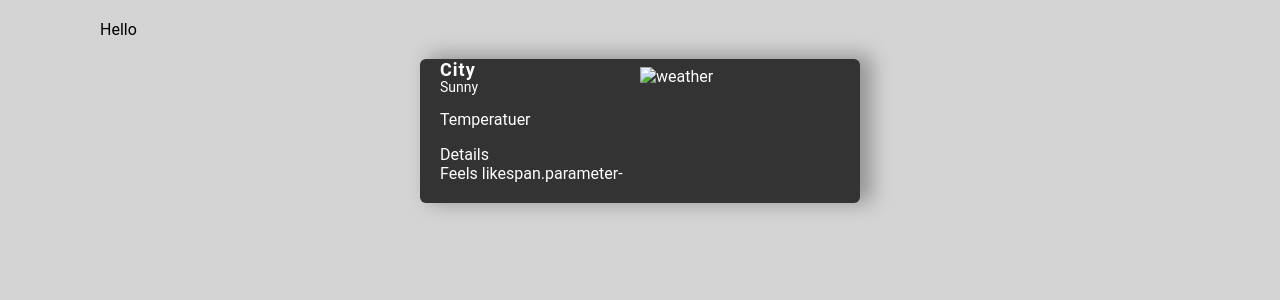
Repository: sedat-akdogan/React_Weather
Page: / (app in london_weather/)
These files come from the project's save history. The page is drawn as it stood at one moment and after the next save; the edit follows.
The browser window is 1280 px wide. The pictures show the whole page.
The project was rebuilt for these pictures with package versions that can differ from the ones it lists, and the page was loaded fresh each time.

Above is the page before, as saved 2023-07-09 17:49:16.

### london_weather/src/index.css
body {
    margin: 0;
    font-family: 'Roboto', Arial !important;
    -webkit-font-smoothing: antialiased;
    -moz-osx-font-smoothing: grayscale;
    background-color: #d5d4d4;
}

code {
    font-family: source-code-pro, Menlo, Monaco, Consolas, 'Courier New',
        monospace;
}

### london_weather/src/App.js
import Search from './components/search/Search';
import './App.css';
import CurrentWeather from './components/current-weather/current-weather';

function App() {

    const handleOnSearchChange = (searchData) => {
        console.log(searchData);
    }

    return (
        <div className="container">
            <Search onSearchChange={handleOnSearchChange} />
            <CurrentWeather />
        </div>
    );
}

export default App;

### london_weather/src/components/search/Search.js
import React from "react";


const Search = () => {
    return ("Hello");
}

export default Search;

### london_weather/src/App.css
.container {
    max-width: 1080px;
    margin: 20px auto;
}

### london_weather/src/components/current-weather/current-weather.js
import "./current-weather.css";


const CurrentWeather = () => {
    return (
        <div className="weather">
            <div className="top">
                <div>
                    <p className="city">City</p>
                    <p className="weather-description">Sunny</p>
                </div>
                <img src="" alt="weather" className="weather-icon" />
            </div>
            <div className="bottom">
                <p className="temperature">Temperatuer</p>
                <div className="details">
                    <div className="parameter-row">
                        <span className="parameter-label">Details</span>
                    </div>
                    <div className="parameter-row">
                        <span className="parameter-label">Feels like</span>
                        span.parameter-
                    </div>
                </div>
            </div>
        </div>
    );
}

export default CurrentWeather;

### london_weather/src/components/current-weather/current-weather.css
.weather {
    width: 400px;
    border-radius: 6px;
    box-shadow: 10px -2px 20px 2px rgb(0 0 0 / 30%);
    color: #fff;
    background-color: #333;
    margin: 20px auto 0 auto;
    padding: 0 20px 20px 20px;
}

.top {
    display: flex;
    justify-content: space-between;
    align-items: center;
}

.city {
    font-weight: 600;
    font-size: 18px;
    margin: 0;
    letter-spacing: 1px;
}

.weather-description {
    font-weight: 400;
    font-size: 14px;
    line-height: 1;
    margin: 0;
}

.weather-icon {
    width: 200px;
}

Loaded but not shown: london_weather/public/index.html (common file); london_weather/src/index.js (common file); london_weather/src/reportWebVitals.js (common file)

After the next save:
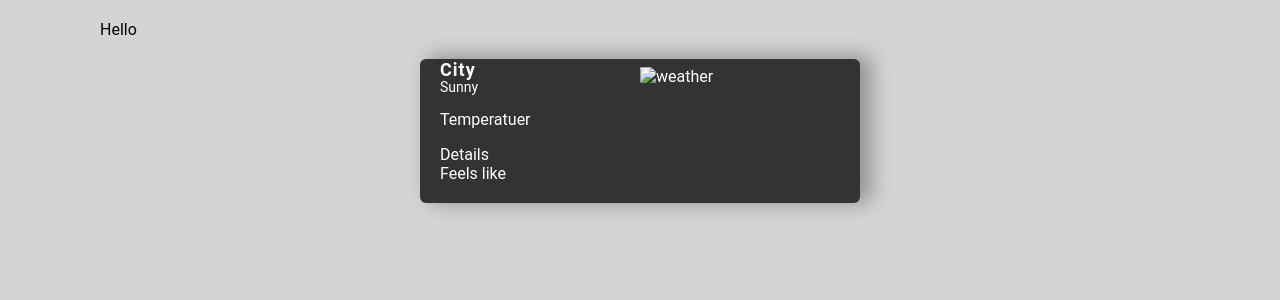
Saved 4 s later.
--- a/london_weather/src/components/current-weather/current-weather.js
+++ b/london_weather/src/components/current-weather/current-weather.js
@@ -19,7 +19,7 @@ const CurrentWeather = () => {
                     </div>
                     <div className="parameter-row">
                         <span className="parameter-label">Feels like</span>
-                        span.parameter-
+                        <span className="parameter-value"></span>
                     </div>
                 </div>
             </div>
